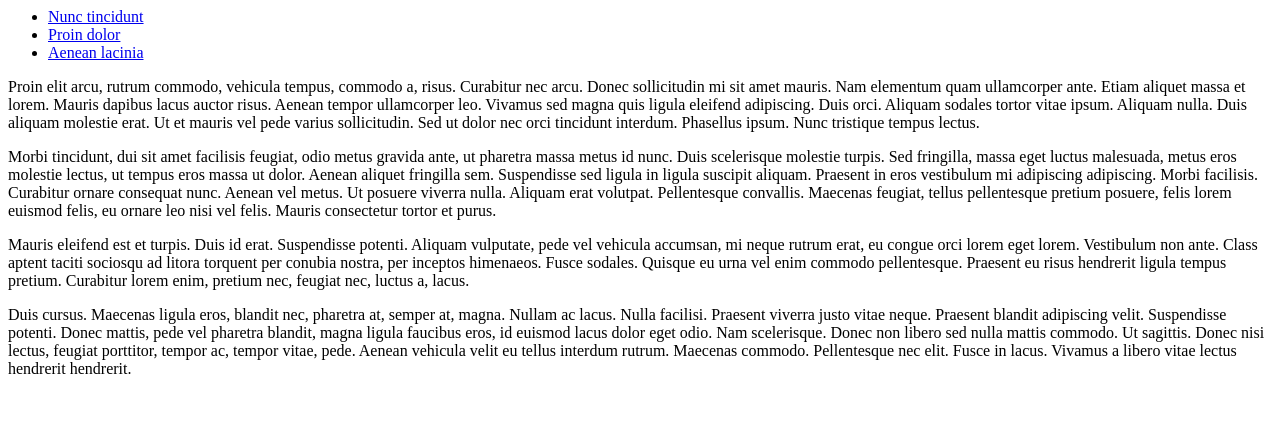
Repository: eudesf/MySpaceShip
Page: MySpaceShip/WebContent/articles/testingtabs.html
These files come from the project's save history. The page is drawn as it stood at one moment and after the next save; the edit follows.
The browser window is 1280 px wide. The pictures show the whole page.

Above is the page before, as saved 2012-03-20 18:48:02.

After the next save:
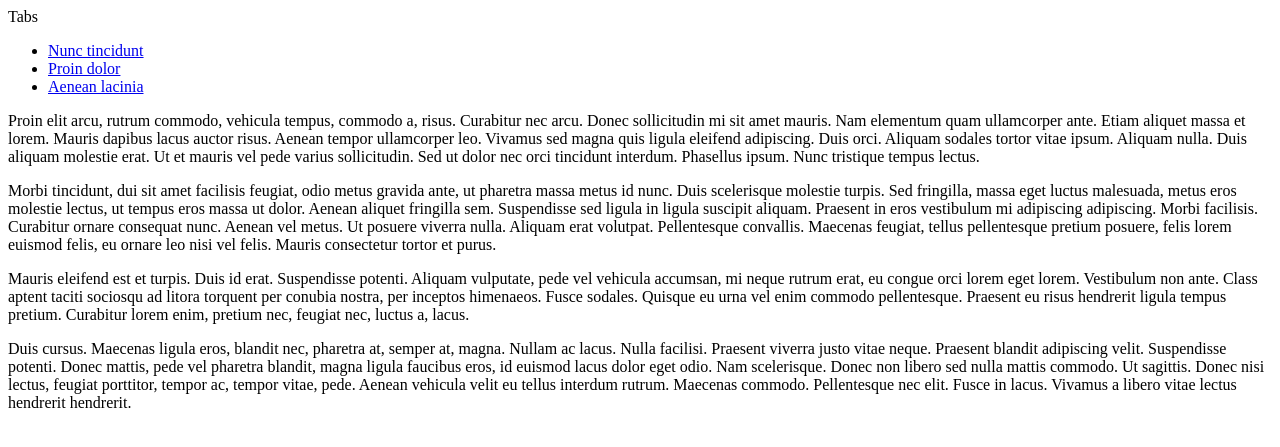
Saved 18 s later.
--- a/MySpaceShip/WebContent/articles/testingtabs.html
+++ b/MySpaceShip/WebContent/articles/testingtabs.html
@@ -1,4 +1,5 @@
 <article>
+	<header>Tabs</header>
 	<div id="tabs">
 		<ul>
 			<li><a href="#tabs-1">Nunc tincidunt</a></li>
